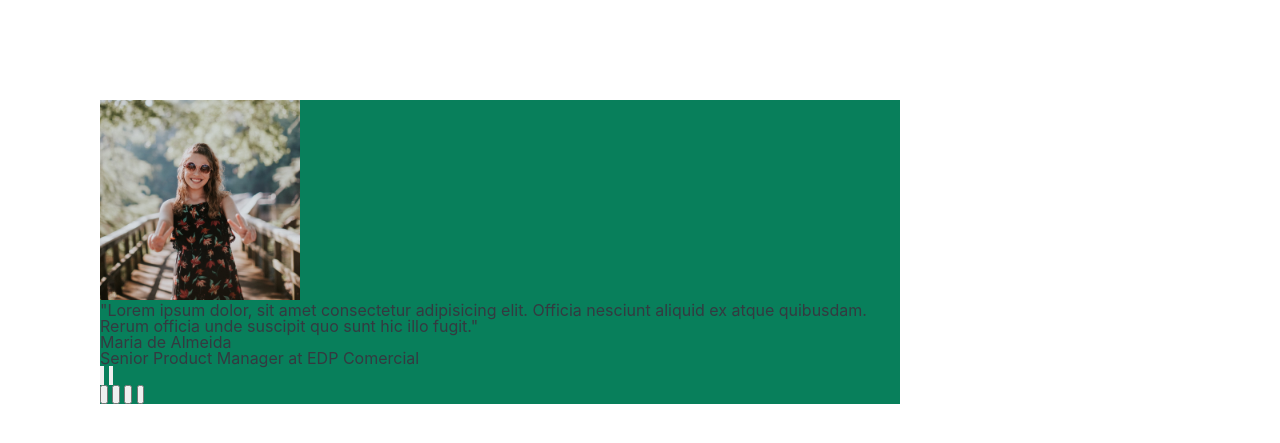
Repository: nghiakma/HTML-CSS-Fundamental
Page: Component_LayoutPatterns/carousel.html
The author's editor kept a copy of each file at every save. The page is drawn from the files as they stood at one save, then again after the next save.
The browser window is 1280 px wide. The pictures show the whole page.

Above is the page before, as saved 2023-08-26 11:37:39.

### Component_LayoutPatterns/carousel.html
<!DOCTYPE html>
<html lang="en">

<head>
  <meta charset="UTF-8">
  <meta name="viewport" content="width=device-width, initial-scale=1.0">
  <title>Carousel Component</title>
  <style>
    * {
      margin: 0;
      padding: 0;
      box-sizing: border-box;
    }

    body {
      font-family: "Inter", sans-serif;
      color: #343a40;
      line-height: 1;
    }

    .carousel {
      width: 800px;
      margin: 100px;
      background-color: #087f5b;
    }

    img {
      height: 200px;
    }
  </style>
</head>

<body>
  <div class="carousel">
    <img src="maria.jpg" alt="Maria de Almeida" />
    <blockquote class="testimonial">
      <p class="testimonial-text">
        "Lorem ipsum dolor, sit amet consectetur adipisicing elit. Officia
        nesciunt aliquid ex atque quibusdam. Rerum officia unde suscipit quo
        sunt hic illo fugit."
      </p>
      <p class="testimonial-author">Maria de Almeida</p>
      <p class="testimonial-job">Senior Product Manager at EDP Comercial</p>
    </blockquote>

    <button class="btn btn--left">
      <svg xmlns="http://www.w3.org/2000/svg" class="btn-icon" fill="none" viewBox="0 0 24 24" stroke="currentColor">
        <path stroke-linecap="round" stroke-linejoin="round" stroke-width="2" d="M15 19l-7-7 7-7" />
      </svg>
    </button>
    <button class="btn btn--right">
      <svg xmlns="http://www.w3.org/2000/svg" class="btn-icon" fill="none" viewBox="0 0 24 24" stroke="currentColor">
        <path stroke-linecap="round" stroke-linejoin="round" stroke-width="2" d="M9 5l7 7-7 7" />
      </svg>
    </button>
    <div class="dots">
      <button class="dot dot--fill">&nbsp;</button>
      <button class="dot">&nbsp;</button>
      <button class="dot">&nbsp;</button>
      <button class="dot">&nbsp;</button>
    </div>
  </div>
</body>

</html>

After the next save:
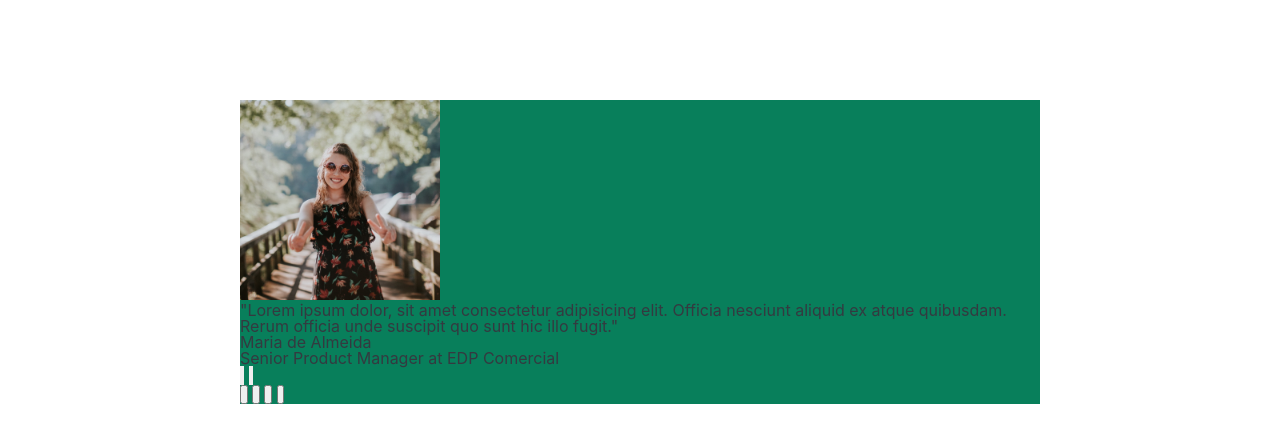
Saved 4 s later.
--- a/Component_LayoutPatterns/carousel.html
+++ b/Component_LayoutPatterns/carousel.html
@@ -20,7 +20,7 @@
 
     .carousel {
       width: 800px;
-      margin: 100px;
+      margin: 100px auto;
       background-color: #087f5b;
     }
 
